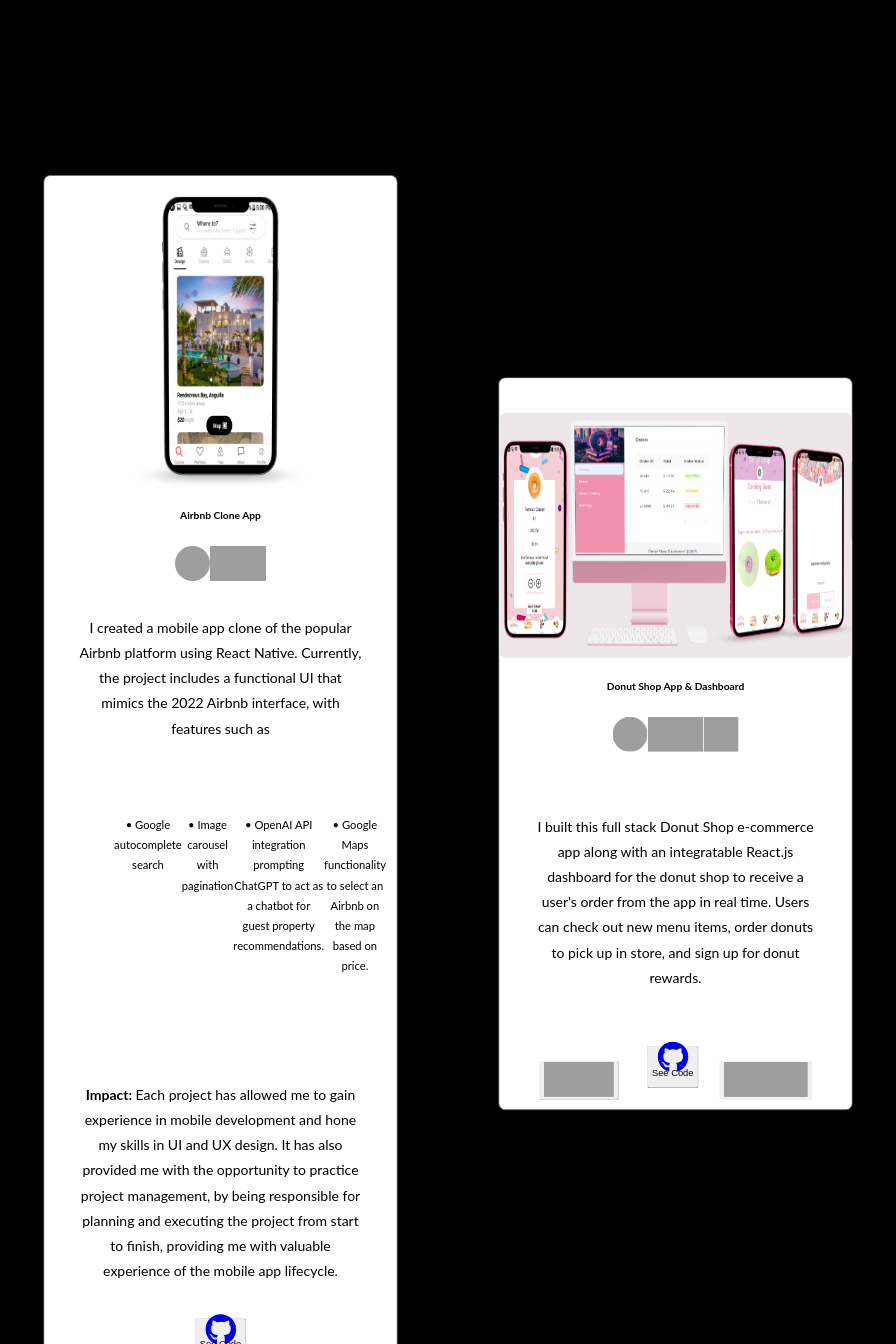
Repository: JamesPesenti/portfolio
Page: /
The author's editor kept a copy of each file at every save. The page is drawn from the files as they stood at one save, then again after the next save.
The browser window is 1280 px wide. The pictures show the part of the page from y = 1450 to 3370 px (the page is 6929 px tall), at 70% of full size.
Pictures or frames that could not be fetched are drawn as grey boxes. The project was rebuilt for these pictures with package versions that can differ from the ones it lists, and the page was loaded fresh each time. Imported but missing from the stored project, and not drawn on this page: src/Components/James Pesenti Resume 2023.pdf.

Above is the page before, as saved 2023-08-28 14:59:06.

### public/index.html
<!DOCTYPE html>
<html lang="en">
  <head>
    <meta charset="utf-8" />
    <link rel="" href="" />
    <meta name="viewport" content="width=device-width, initial-scale=1" />
    <meta name="theme-color" content="#000000" />
    <meta name="description" content="James Pesenti Portfolio 2023" />
    <link rel="apple-touch-icon" href="" />
    <link rel="manifest" href="%PUBLIC_URL%/manifest.json" />

    <title>Portfolio 2023</title>

  </head>
  <body>
    <div id="root"></div>
  </body>
</html>

### src/Components/Navbar.jsx
import React, {Component} from 'react'
import { FaGithub } from "react-icons/fa";
import { FaEnvelope } from "react-icons/fa";
import { FaFile } from "react-icons/fa";
import Pdf from "../Components/James Pesenti Resume 2023.pdf"


const Navbar = () => {
  return (
    <>
          <div className="navbar flex">
            <div className="container">
                <nav>
                  <ul style={{textAlign: "center", marginTop: 70, position: 'relative', left: 0, top: -2}}>
                    <li>
                      <a className="App-link"  href="mailto:jamespesenti91@gmail.com" target="_blank" rel="noopener noreferrer">
                      <FaEnvelope size={35} style={{display: "flex", textAlign: "center", marginLeft: 10}}/>
                          Contact
                      </a>
                    </li>
                    <li>
                      <a className="App-link" href="https://github.com/JamesPesenti" target="_blank" rel="noopener noreferrer">
                        <FaGithub size={35} style={{display: "flex", textAlign: "center", marginLeft: 10}} />
                        GitHub
                      </a>
                    </li>
                    <li>
                      <a className="App-link" href={Pdf} target="_blank" rel="noopener noreferrer">
                        <FaFile size={35} style={{display: "flex", textAlign: "center", marginLeft: 10}} />
                        Resume
                      </a>
                    </li>
                  </ul>
                </nav>
                {/* <h4 style={{color: "white", textAlign: 'center', marginBottom:-440}}>
                  See my work below and send a message to get in touch
                </h4> */}
            </div>
          </div>
    </>
  )
}

export default Navbar

### src/Components/AboutMe.jsx
import React from 'react'
import { FontAwesomeIcon } from '@fortawesome/react-fontawesome'
import { FaGithub } from "react-icons/fa";
import { FaMapPin } from "react-icons/fa";

const AboutMe = () => {
  return (
    <>

        <div style={{justifyContent: "center", textAlign: "center", color: "white", padding: 50,}}>
            {/* Spinning image  */}
            {/* <img style={{padding: 10, borderRadius: "50%", width: 200, height: 200,}} src="/images/IMG_1619.jpg" className="App-logo" alt="logo" /> */}
            <img style={{padding: 10, borderRadius: "50%", width: 200, height: 200,}} src="/images/IMG_1619.jpg" alt="logo" />
            <h1>I'm James Pesenti</h1>
            <h2>a Software Developer building mobile apps and websites</h2>
              <FaMapPin size={20} style={{position: "relative", top: 5, right: 65, }} />
              <h3 style={{marginTop: -24}}> Chicago, IL</h3>
        </div>

</>
  )
}

export default AboutMe

### src/Components/Scroll.jsx
import React from 'react'
import '../CSS/App.css';


const Scroll = () => {

  return (
    <>

        <div style={{marginBottom: 400, justifyContnent: 'center'}} id="section09" class="demo">
          <a href="#parallaxContainer">
            <span></span>
            Scroll down to see my work
          </a>
        </div>

    </>
  )
}

export default Scroll

### src/Components/MyProjects.jsx
import UberGoogleButton from "../Components/UberGoogleButton"
import AstonGoogleButton from "./AstonGoogleButton"
import AstonAppleButton from "./AstonAppleButton"
import BarceGoogleButton from "../Components/BarceGoogleButton"
import BarceAppleButton from "./BarceAppleButton"
import { FaGithub } from "react-icons/fa";

const MyProjects = () => {
  return (

  <>
    <div id="parallaxContainer" style={{ display: 'grid', gridTemplateColumns: 'repeat(2, 1fr)', gap: '20px' }}>

    {/* Airbnb Clone */}
    <div style={{ justifyContent: 'center', alignItems: 'center',  width: "80%", borderRadius: 10}} className="box">
            <div>
                <img style={{ borderRadius: 10, marginTop: 30, marginBottom: -35, width: "100%", height: 450, transition: ".7s", }} src="images/mockrocket-capture (11).png" />
            </div>
            <h4 style={{textAlign: 'center'}}>Airbnb Clone App</h4>
                <div style={{padding: 10, borderRadius: 10, marginBottom: -40,}}>
                  <img style={{width: 50, height: 50, borderRadius: 50}} src="https://i.pinimg.com/originals/8a/02/1a/8a021aa097236b42dd71fb731e3d894d.gif"/>
                  <img style={{width: 80, height: 50, }} src="https://www.datocms-assets.com/45470/1631026680-logo-react-native.png"  />
                  {/* <img style={{width: 50, height: 50, }} src="https://pbs.twimg.com/profile_images/1114309924551417856/FKA4cm2x_400x400.png"  /> */}
                </div>
           <div>
            <p style={{fontSize: 20, textAlign: 'center', padding: 50, marginBottom: -60}}>I created a mobile app clone of the popular Airbnb platform using React Native. Currently, the project includes a functional UI that mimics the 2022 Airbnb interface, with features such as</p>
           </div>
           <div style={{display: 'flex', flexDirection: "row", padding: 100}}>
            <p style={{fontSize: 16, padding: 0, marginBottom: -20}}>&#8226; Google autocomplete search</p>
            <p style={{fontSize: 16, padding: 0, marginBottom: -20}}>&#8226; Image carousel with pagination</p>
            <p style={{fontSize: 16, paddingHorizontal: 0, marginBottom: -20}}> &#8226; OpenAI API integration prompting ChatGPT to act as a chatbot for guest property recommendations.</p>
            <p style={{fontSize: 16, paddingHorizontal: -90, marginBottom: -20}}> &#8226; Google Maps functionality to select an Airbnb on the map based on price.</p>
            {/* <p style={{fontSize: 20, textAlign: 'center', padding: 40, marginBottom: -60}}>I plan to add additional features and integrate back end functionality in future updates to enhance the user experience and provide a more comprehensive product.</p> */}
            {/* <p style={{fontSize: 20, textAlign: 'center', padding: 30, marginBottom: -80}}><b> Key Skills I learned: </b>React Native, UI design, Google Play and App Store submission process, mobile development, UX design, project management.</p> */}
           </div>
           <div>
            <p style={{fontSize: 20, textAlign: 'center', padding: 50}}><b> Impact: </b> Each project has allowed me to gain experience in mobile development and hone my skills in UI and UX design. It has also provided me with the opportunity to practice project management, by being responsible for planning and executing the project from start to finish, providing me with valuable experience of the mobile app lifecycle.</p>
           </div>

           <div >
                {/* <UberGoogleButton  /> */}
                <button style={{marginTop: 10}} type="button" className="codeButton">
                  <a href="https://github.com/JamesPesenti/Airbnb" target="_blank" rel="noopener noreferrer">
                    <FaGithub  size={45} style={{ marginTop: -80, marginBottom: -25, justifyContent: "center", textAlign: "center"}} />
                  </a>
                  <p>See Code</p>
                </button>
                {/* <AstonAppleButton  /> */}
            </div>

        </div>


     {/* Donut Shop App */}
     <div style={{marginTop: -80, marginBottom: 20, justifyContent: 'center', alignItems: 'center',  width: "80%", borderRadius: 10}} className="box">
            <div>
                <img style={{ borderRadius: 10, marginTop: 50, width: "100%", height: 350, transition: ".7s", }} src="/images/appAndDashMock.png" />
            </div>
            <h4 style={{textAlign: 'center'}}>Donut Shop App & Dashboard</h4>
                <div style={{padding: 10, borderRadius: 10, marginBottom: 0,}}>
                  <img style={{width: 50, height: 50, borderRadius: 50}} src="https://i.pinimg.com/originals/8a/02/1a/8a021aa097236b42dd71fb731e3d894d.gif"/>
                  <img style={{width: 80, height: 50, }} src="https://www.datocms-assets.com/45470/1631026680-logo-react-native.png"  />
                  <img style={{width: 50, height: 50, }} src="https://pbs.twimg.com/profile_images/1114309924551417856/FKA4cm2x_400x400.png"  />
                </div>
            <p style={{fontSize: 20,textAlign: 'center', padding: 50}}>I built this full stack Donut Shop e-commerce app along with an integratable React.js dashboard for the donut shop to receive a user's order from the app in real time. Users can check out new menu items, order donuts to pick up in store, and sign up for donut rewards.</p>

            <div>
                <UberGoogleButton  />
                <button style={{marginTop: 40}} type="button" className="codeButton">
                  <a href="https://github.com/JamesPesenti/Donut_Shop" target="_blank" rel="noopener noreferrer">
                    <FaGithub  size={45} style={{ marginTop: -80, marginBottom: -25, justifyContent: "center", textAlign: "center"}} />
                  </a>
                  <p>See Code</p>
                </button>
                <AstonAppleButton  />
            </div>

        </div>


    {/* Uber Eats App */}
    <div style={{marginTop: 80, marginBottom: 60, justifyContent: 'center', alignItems: 'center',  width: "80%", borderRadius: 10}} className="box">
            <div className="imgWrapper" style={{width: 480, height: 350}}>
                <img style={{ borderRadius: 5, marginTop: 50, width: "100%", height: 300, transition: ".7s", }} src="/images/UberEatsLast.png" />
            </div>
            <h4 style={{textAlign: 'center'}}>Uber Eats Clone App</h4>
                <div style={{padding: 10, borderRadius: 10, marginBottom: -40,}}>
                  <img style={{width: 50, height: 50, borderRadius: 50}} src="https://i.pinimg.com/originals/8a/02/1a/8a021aa097236b42dd71fb731e3d894d.gif"/>
                  <img style={{width: 80, height: 50, }} src="https://www.datocms-assets.com/45470/1631026680-logo-react-native.png"  />
                  <img style={{width: 50, height: 50, }} src="https://pbs.twimg.com/profile_images/1114309924551417856/FKA4cm2x_400x400.png" />
                </div>
            <p style={{fontSize: 20,textAlign: 'center', padding: 50}}>A full stack React Native app inspired by the UberEats user app. I utilized AWS Amplify's datastore to configure the back end to query and save customer's orders and used Amazon Cognito for user registration, authentication, & account recovery.</p>

            <div>
                <UberGoogleButton  />
                <button style={{marginTop: 40}} type="button" className="codeButton">
                  <a href="https://github.com/JamesPesenti/UberEatsClone" target="_blank" rel="noopener noreferrer">
                    <FaGithub  size={45} style={{ marginTop: -80, marginBottom: -20, justifyContent: "center", textAlign: "center"}} />
                  </a>
                  <p>See Code</p>
                </button>
                <AstonAppleButton  />
            </div>

        </div>


     {/* Aston Waikiki App */}
       <div style={{marginTop: 80, marginBottom: 120, justifyContent: 'center', alignItems: 'center',  width: "80%", borderRadius: 10}} className="box">
            <div className="imgWrapper" style={{width: 450, height: 350}}>
                <img style={{ marginTop: 50, width: "100%", height: "auto", transition: ".7s", }} src="/images/astonmock.png" />
            </div>
            <h4 style={{textAlign: 'center'}}>Aston Waikiki Hotel UI</h4>
                <div style={{padding: 10, borderRadius: 10, marginBottom: -40,}}>
                  <img style={{width: 50, height: 50, borderRadius: 50}} src="https://i.pinimg.com/originals/8a/02/1a/8a021aa097236b42dd71fb731e3d894d.gif"/>
                  <img style={{width: 80, height: 50, }} src="https://www.datocms-assets.com/45470/1631026680-logo-react-native.png"  />
                </div>
            <p style={{fontSize: 20,textAlign: 'center', padding: 50}}>A React Native UI design I created to reimagine the hotel Aston Waikiki Beach's website into a cross platform mobile app. I used most of the content and images from the current website and utilized both Bottom Tabs, Drawer navigation and other React Native libraries for a better user experience.</p>

            <div>
                <AstonGoogleButton  />
                <button style={{marginTop: 40}} type="button" className="codeButton">
                        <a href="https://github.com/JamesPesenti/AstonWaikikiBeachApp" target="_blank" rel="noopener noreferrer">
                            <FaGithub  size={45} style={{ marginTop: -80, marginBottom: -20, justifyContent: "center", textAlign: "center"}} />
                        </a>
                        <p>See Code</p>
                </button>
                <AstonAppleButton  />
            </div>

        </div>


    {/* Barcelona App */}
       <div style={{marginTop: 20, marginBottom: 120, justifyContent: 'center', alignItems: 'center',  width: "80%", borderRadius: 10}} className="box">
            <div className="imgWrapper" style={{width: 650, height: 300}}>
                <img style={{ marginTop: 30, width: "100%", height: 250, transition: ".7s", }} src="/images/barcelonamockup.png" />
            </div>
            <h4 style={{textAlign: 'center'}}>Barcelona Tourist App</h4>
                <div style={{padding: 10, borderRadius: 10, marginBottom: -20,}}>
                <img style={{width: 80, height: 50,}} src="https://www.datocms-assets.com/45470/1631026680-logo-react-native.png"  />
                <img style={{width: 50, height: 50, borderRadius: 50}} src="https://i.pinimg.com/originals/8a/02/1a/8a021aa097236b42dd71fb731e3d894d.gif"/>
                </div>
            <p style={{fontSize: 20, textAlign: 'center', padding: 50}}>I created this React Native app for visitors of Barcelona Spain to save pictures and locations of their favorite places. I used pop-up modals for users to quickly get information on popular sights and used geolocation with google maps so users can save their location and select it on the map.</p>

            <div>
               <BarceAppleButton  />
                <button style={{marginTop: 40}} type="button" className="codeButton">
                        <a href="https://github.com/JamesPesenti/BarcelonaApp" target="_blank" rel="noopener noreferrer">
                            <FaGithub  size={45} style={{ marginTop: -80, marginBottom: -20, justifyContent: "center", textAlign: "center"}} />
                        </a>
                        <p>See Code</p>
                </button>
                <BarceGoogleButton  />
            </div>

        </div>

    {/* IAR React App */}
        {/* <div style={{marginBottom: 0, justifyContent: 'center', alignItems: 'center',  width: "80%", borderRadius: 10}} className="box">
            <img style={{ width: 600, height: 350, borderRadius: 10, borderWidth: 2, borderColor: "green"}} src="/images/innermock.png" />
            <h4 style={{textAlign: 'center'}}>Inner Aura Readings Website</h4>
            <div style={{flexDirection: "row", padding: 10, borderRadius: 10}}>
                <img src="https://www.logo.wine/a/logo/React_(web_framework)/React_(web_framework)-Logo.wine.svg" style={{width: 100, height: 50,}} />
                <img className="logoBox" src="https://cdn.pixabay.com/photo/2017/08/05/11/16/logo-2582747_1280.png" style={{width: 50, height: 50,}} />
            </div>
            <p style={{fontSize: 20, textAlign: 'center', padding: 50}}>This was the first official React.js web app that I developed. I made it for a friend who wanted to reach more customers with a mobile friendly website. I made multiple iterations and converted it into a PWA for offline operability with native like performance. </p>
            <button style={{marginTop: 0}} type="button" className="codeButton">
                        <a href="https://github.com/JamesPesenti/InnerAuraReadings2022" target="_blank" rel="noopener noreferrer">
                            <FaGithub  size={45} style={{ marginTop: -80, marginBottom: -20, justifyContent: "center", textAlign: "center"}} />
                        </a>
                        <p>See Code</p>
            </button>

        </div> */}


{/* REapp */}
        {/* <div style={{marginBottom: 100, justifyContent: 'center', alignItems: 'center',  width: "80%", borderRadius: 10,}} className="box">
        <img style={{marginTop: 50, width: 800, height: 350, borderRadius: 10, borderWidth: 2, borderColor: "green"}} src="/images/remockup.png" />
            <h4 style={{textAlign: 'center'}}>Real Estate Listing Website </h4>
            <div style={{flexDirection: "row", padding: 10, borderRadius: 10}}>
                <img src="https://www.logo.wine/a/logo/React_(web_framework)/React_(web_framework)-Logo.wine.svg" style={{width: 100, height: 50,}} />
                <img src="https://img.icons8.com/color/480/cloud-firestore.png" style={{width: 50, height: 50,}} />
                <img src="https://raw.githubusercontent.com/JamesPesenti/RealEstateApp/16b046b3d34b4a26468627e906dc503be8911b73/src/assets/svg/googleIcon.svg" style={{marginBottom: 8, width: 100, height: 30,}} />
            </div>
            <p style={{fontSize: 20, textAlign: 'center', padding: 50}}>Real Estate listing website built with React, FireStore database and Google OAuth to sign in with a google account. You can search listings for rent/sale and login to your account to create a listing and save offers. Inspiration and back-end code taken from Brad Traversey's React course I took on Udemy.</p>
            <button style={{marginTop: 40}} type="button" className="codeButton">
                        <a href="https://github.com/JamesPesenti/RealEstateApp" target="_blank" rel="noopener noreferrer">
                            <FaGithub  size={45} style={{ marginTop: -80, marginBottom: -20, justifyContent: "center", textAlign: "center"}} />
                        </a>
                        <p>See Code</p>
            </button>
        </div> */}

    </div>


    </>
  )
}

export default MyProjects

### src/Components/UberGoogleButton.jsx
import React from 'react'


const UberGoogleButton = () => {
  return (
    <>
    <button type="button" style={{marginRight: 40, borderWidth: .1, borderColor: '#efefef', borderRadius: 5}}>
        <a href="https://expo.dev/accounts/jimpesenti/projects/UberEats/builds/b9dfcb73-dd37-4009-b5f9-7d24a72b937d">
            <img style={{width: 100, height: 50, borderRadius: 0}} src="https://logos-world.net/wp-content/uploads/2020/12/Google-Play-Logo-500x281.png"/>
        </a>
    </button>
    </>
  )
}

export default UberGoogleButton

### src/Components/AstonGoogleButton.jsx
import React from 'react'


const AstonGoogleButton = () => {
  return (
    <>
    <button type="button" style={{marginRight: 40, borderWidth: .1, borderColor: '#efefef', borderRadius: 5}}>
        <a href="https://play.google.com/store/apps/details?id=com.jamespesenti91.astonwaikikibeach">
            <img style={{width: 100, height: 50, borderRadius: 0}} src="https://logos-world.net/wp-content/uploads/2020/12/Google-Play-Logo-500x281.png"/>
        </a>
    </button>
    </>
  )
}

export default AstonGoogleButton

### src/Components/AstonAppleButton.jsx
import React from 'react'

const AstonAppleButton = () => {
  return (
    <>
    <button type="submit" style={{marginLeft: 30, borderWidth: 0,}}  >
        <a href="">
            <img style={{width: 120, height: 50, borderRadius: 0}} src="https://images.squarespace-cdn.com/content/v1/5b549a7f3c3a53487c250f58/1597439116255-P7ME5MNOIWQLJS1X4CPP/Apple+App+Store+Logo+Button.png"/>
        </a>
    </button>
    </>
  )
}

export default AstonAppleButton

### src/Components/BarceGoogleButton.jsx
import React from 'react'


const BarceGoogleButton = () => {
  return (
    <>
    <button type="button" style={{marginLeft: 30, borderWidth: .1, borderColor: '#efefef', borderRadius: 5}}>
        <a href="https://play.google.com/store/apps/details?id=com.jamespesenti91.VisitBarcelona">
            <img style={{width: 100, height: 50, borderRadius: 0}} src="https://logos-world.net/wp-content/uploads/2020/12/Google-Play-Logo-500x281.png" alt="barceButton"/>
        </a>
    </button>
    </>
  )
}

export default BarceGoogleButton

### src/Components/BarceAppleButton.jsx
import React from 'react'

const BarceAppleButton = () => {
  return (
    <>
    <button type="submit" style={{marginRight: 30, borderWidth: 0,}}  >
        <a href="">
            <img style={{width: 120, height: 50, borderRadius: 0}} src="https://images.squarespace-cdn.com/content/v1/5b549a7f3c3a53487c250f58/1597439116255-P7ME5MNOIWQLJS1X4CPP/Apple+App+Store+Logo+Button.png"/>
        </a>
    </button>
    </>
  )
}

export default BarceAppleButton

Loaded but not shown: src/index.js (common file); src/reportWebVitals.js (common file); src/serviceWorkerRegistration.js (137 lines, source omitted); src/App.js (33 lines, source omitted); src/CSS/App.css (351 lines, source omitted); src/CSS/index.css (197 lines, source omitted)

After the next save:
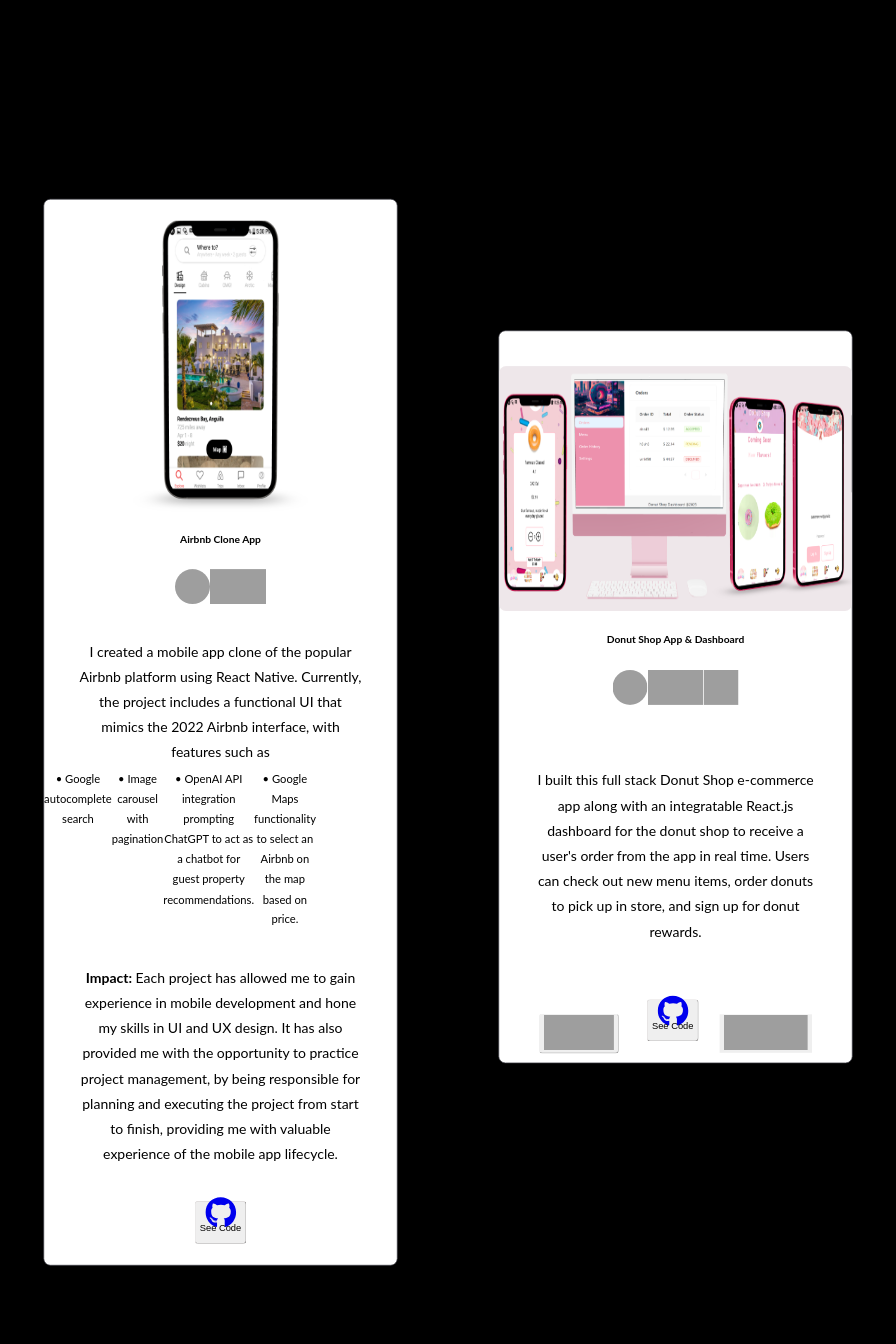
Saved 16 s later.
--- a/src/Components/MyProjects.jsx
+++ b/src/Components/MyProjects.jsx
@@ -25,7 +25,7 @@
            <div>
             <p style={{fontSize: 20, textAlign: 'center', padding: 50, marginBottom: -60}}>I created a mobile app clone of the popular Airbnb platform using React Native. Currently, the project includes a functional UI that mimics the 2022 Airbnb interface, with features such as</p>
            </div>
-           <div style={{display: 'flex', flexDirection: "row", padding: 100}}>
+           <div style={{display: 'flex', flexDirection: "row", width: "60%"}}>
             <p style={{fontSize: 16, padding: 0, marginBottom: -20}}>&#8226; Google autocomplete search</p>
             <p style={{fontSize: 16, padding: 0, marginBottom: -20}}>&#8226; Image carousel with pagination</p>
             <p style={{fontSize: 16, paddingHorizontal: 0, marginBottom: -20}}> &#8226; OpenAI API integration prompting ChatGPT to act as a chatbot for guest property recommendations.</p>
